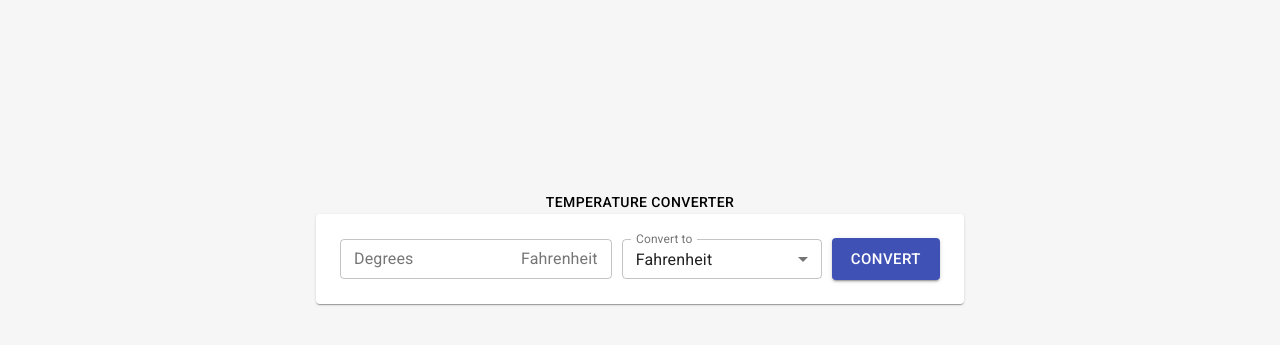
Repository: zum281/temperature-converter
Page: /
An editor plug-in stored every save of this project. The page is shown before and after the next save, followed by the edit.
The browser window is 1280 px wide. The pictures show the whole page.
The project was rebuilt for these pictures with package versions that can differ from the ones it lists, and the page was loaded fresh each time. Also part of the build but not shown: src/components/Result.js.

Above is the page before, as saved 2021-07-09 14:54:08.

After the next save:
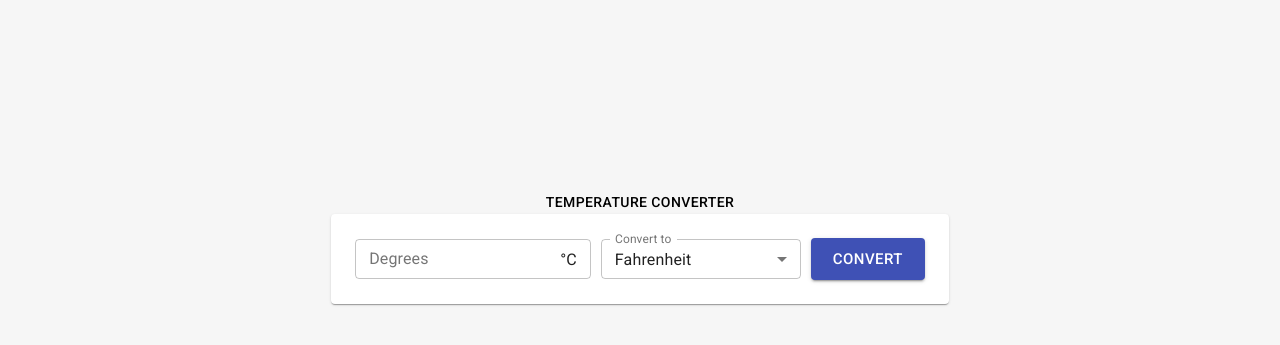
Saved 33 s later.
--- a/src/components/Calculator.js
+++ b/src/components/Calculator.js
@@ -39,7 +39,11 @@ const Calculator = () => {
     });
     const inputNumberProps = {
         step: 0.01,
-        endAdornment: <InputAdornment position="end">{type}</InputAdornment>,
+        endAdornment: (
+            <InputAdornment position="end">
+                °{type === types[0] ? "C" : "F"}
+            </InputAdornment>
+        ),
     };
 
     const handleClick = () => {
